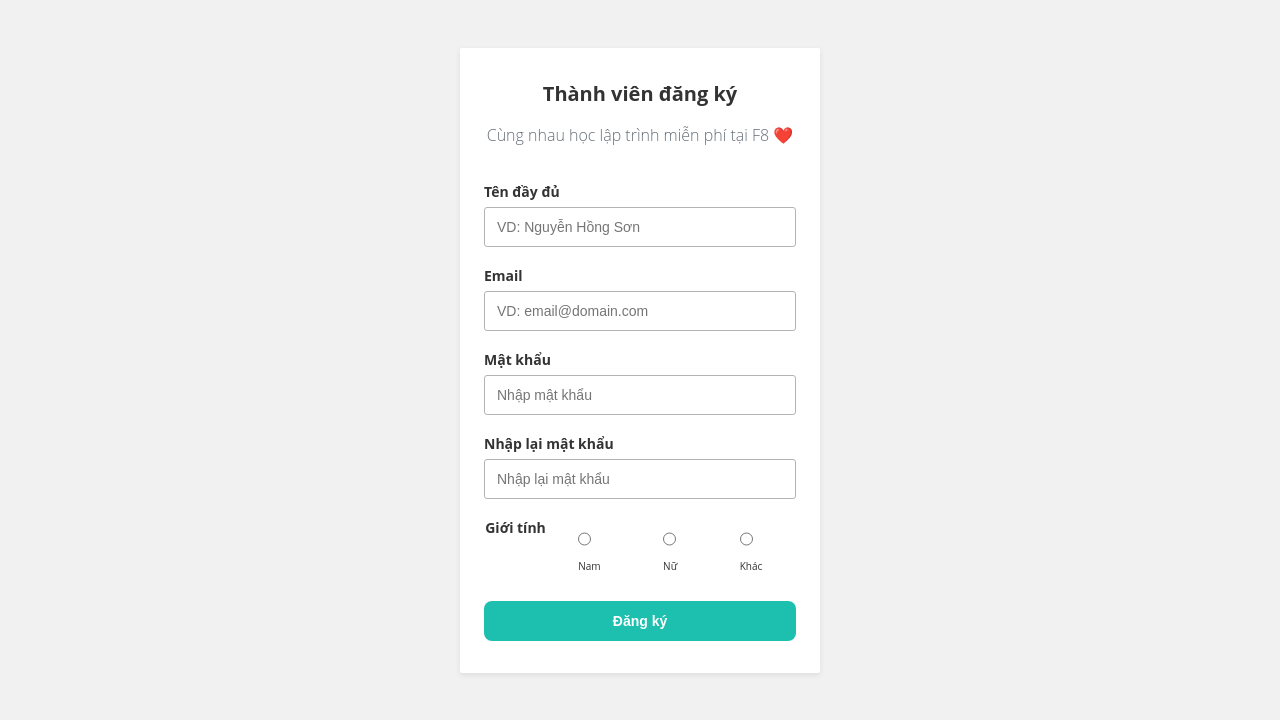
Repository: ahihison/Validation
Page: index.html
An editor plug-in stored every save of this project. The page is shown before and after a run of saves, followed by the edit.
The browser window is 1280 px wide. The pictures show the whole page.

Above is the page before, as saved 2022-08-31 09:38:17.

### index.html
<!DOCTYPE html>
<html lang="en">
<head>
    <meta charset="UTF-8">
    <meta http-equiv="X-UA-Compatible" content="IE=edge">
    <meta name="viewport" content="width=device-width, initial-scale=1.0">
    <link rel="stylesheet" href="./style.css">
    <title>Document</title>
</head>
<body>
    <div class="container">
        <form action="" method="POST" class="form" id="form-1" >
            <h3 class="heading">Thành viên đăng ký</h3>
            <p class="desc">Cùng nhau học lập trình miễn phí tại F8 ❤️</p>
            <div class="spacer"></div>

            <div class="form-group">
                <label for="fullname" class="form-label" >Tên đầy đủ</label>
                <input type="text" name="fullname" id="fullname" placeholder="VD: Nguyễn Hồng Sơn" class="form-control">
                <span class="form-message"></span>
            </div>
            <div class="form-group">
                <label for="email" class="form-label" >Email</label>
                <input type="text" name="email" id="email" placeholder="VD: email@domain.com" class="form-control">
                <span class="form-message"></span>
            </div>
            <div class="form-group">
                <label for="password" class="form-label" >Mật khẩu</label>
                <input type="password" name="password" id="password" placeholder="Nhập mật khẩu" class="form-control">
                <span class="form-message"></span>
            </div>
            <div class="form-group">
                <label for="password_confirmation" class="form-label" >Nhập lại mật khẩu</label>
                <input type="password" name="password_confirmation" id="password_confirmation" placeholder="Nhập lại mật khẩu" class="form-control">
                <span class="form-message"></span>
            </div>
            <div class="form-group genderformat">
                <label for="password_confirmation" class="form-label" >Giới tính</label>
                <div>
                    <input type="radio" name="gender" value="male" id="gender" class="form-control">
                    <span id="gender">Nam</span>
                </div>
                <div>
                    <input type="radio" name="gender" value="female" id="gender" class="form-control">
                    <span id="gender">Nữ</span>
                </div>
                <div>
                    <input type="radio" name="gender" value="orther" class="form-control" id="gender">
                    <span id="gender">Khác</span>

                </div>
                <span class="form-message"></span>
            </div>


            <button class="form-submit">Đăng ký</button>
        </form>

    </div>
    <script src="./validation.js"> </script>
    <script>
        Validator({
            form:'#form-1',
            formGroupSelector:'.form-group',
            errorSelector: '.form-message',
            rules: [
            Validator.isRequired('#fullname','Vui lòng nhập họ và tên đầy đủ của bạn'),
            Validator.isEmail('#email'),
            Validator.minLength('#password',6),
            Validator.isRequired('#password_confirmation'),
            Validator.isConfirmed('#password_confirmation',function() { return document.querySelector('#form-1 #password').value;

            },'Mật khẩu nhập lại không chính xác'),
            ],
            onSubmit: function(data){
                //Call API
                console.log(data);
            }
        });
    </script>




</body>
</html>

### style.css
*{
    margin: 0;
    padding: 0;
    box-sizing: border-box;

}
html{
    color: #333;
    font-size: 62.5%;
    font-family: "Open Sans", sans-serif;
}

.container{
min-height: 100vh;
display: flex;
justify-content: center;
background: #f1f1f1;

}
.form{
    width: 360px;
    padding: 32px 24px;
    min-height: 100px;
    text-align: center;
    background: #fff;
    border-radius: 2px;
    margin: 24px;
    align-self: center;
    box-shadow: 0 2px 5px 0 rgba(51, 62, 73, 0.1);


}


.form .heading{
    font-size: 2rem;

}
.form .desc {
    text-align: center;
    color: #636d77;
    font-size: 1.6rem;
    line-height: 2.4rem;
    margin-top: 16px;
    font-weight: 300;
  }

.form-group{
     display: flex;
  margin-bottom: 16px;
  flex-direction: column;

}
.form-group #gender {
  display:flex;
 margin: 0 30px;

  }
  .form-group.genderformat{
    display: flex;
    flex-direction: row;
    flex-wrap: wrap;
    align-content: space-between;
    justify-content: space-around;
  }
.form-control{
    height: 40px;
    padding: 8px 12px;
    border: 1px solid #b3b3b3;
    border-radius: 3px;
    outline: none;
    font-size: 1.4rem;
}
.form-control:hover {
    border-color: #1dbfaf;
  }
.form-label,
.form-message{
    text-align: left;

}
.form-label {
    font-weight: 700;
    padding-bottom: 6px;
    line-height: 1.8rem;
    font-size: 1.4rem;
  }

  .form-group.invalid .form-control {
    border-color: #f33a58;
  }
  .form-group.invalid .form-message {
    color: #f33a58;
  }

  .form-message {
    font-size: 1.2rem;
    line-height: 1.6rem;
    padding: 4px 0 0;
  }
  .form-submit {
    outline: none;
    background-color: #1dbfaf;
    margin-top: 12px;
    padding: 12px 16px;
    font-weight: 600;
    color: #fff;
    border: none;
    width: 100%;
    font-size: 14px;
    border-radius: 8px;
    cursor: pointer;
  }
  .form-submit:hover {
    background-color: #1ac7b6;
  }
  .spacer {
    margin-top: 36px;
  }

### validation.js
function Validator(options) {

    function geParent(elements,selector){
        while(elements.parentElement){
            if(elements.parentElement.matches(selector)){
                return elements.parentElement;
            }
              elements = elements.parentElement;
        }
    }

    var selectorRule = {};
    //hàm thực hiện validate
    function validate(inputElement, rule) {

        var errorElement = geParent(inputElement,options.formGroupSelector).querySelector(options.errorSelector);
        var errorMessage;

        //lấy ra các rule của các selector
        var rules = selectorRule[rule.selector];
        //lập qua từng rules và kiểm tra
        //Nếu có lỗi thì dừng việc kiểm tra
        for (var i = 0; i < rules.length; i++) {
            errorMessage = rules[i](inputElement.value);
            if (errorMessage) break;

        }

        if (errorMessage) {
            errorElement.innerText = errorMessage;
            geParent(inputElement,options.formGroupSelector).classList.add('invalid');
        } else {
            errorElement.innerText = '';
            geParent(inputElement,options.formGroupSelector).classList.remove('invalid');
        }
        return !!errorMessage;
    }
    // lấy được form elements
    var formElement = document.querySelector(options.form);

    if (formElement) {
        //Lắng nghe sự kiện onsubmit

        formElement.onsubmit = function (e) {

            e.preventDefault();

            var isFormValid = true;

            // Lặp qua từng rules và validate
            options.rules.forEach(function (rule) {
                var inputElement = formElement.querySelector(rule.selector);
                var isInValid = validate(inputElement, rule);
                if (isInValid) {
                    isFormValid = false;
                }
            });


            if (isFormValid) {
                //Trường hợp submit với js
                if (typeof options.onSubmit === 'function') {
                    var enableInputs = formElement.querySelectorAll('[name]');
                    var formValues = Array.from(enableInputs).reduce(function (values, input) {
                        values[input.name] = input.value;
                        return values;
                    }, {});
                    options.onSubmit(formValues)
                }
                //submit với hành vi mặc định
                else{
                    formElement.submit();
                }
            }

        }





        //Lặp qua mỗi rule xử lí sự kiện (blur click....)
        options.rules.forEach(function (rule) {
            //Lưu lại các  rules cho mỗi input
            if (Array.isArray(selectorRule[rule.selector])) {
                selectorRule[rule.selector].push(rule.test);
            }
            else {
                selectorRule[rule.selector] = [rule.test];
            }


            var inputElement = formElement.querySelector(rule.selector);

            if (inputElement) {
                //Xử lí trường hợp blur ra khỏi input
                inputElement.onblur = function () {

                    validate(inputElement, rule);

                }
                // Xử lí mỗi khi người dùng nhập vào input
                inputElement.oninput = function () {
                    var errorElement = geParent(inputElement,options.formGroupSelector).querySelector(options.errorSelector);
                    errorElement.innerText = '';
                    geParent(inputElement,options.formGroupSelector).classList.remove('invalid');
                }
            }

        }

        );



    }


}

//định nghĩa rules
//Nguyên tắc rules
//1. khi có lỗi : => trả về message
//2. Khi hợp lệ: => ko trả về gì hết (undefined)
Validator.isRequired = function (selector, message) {
    return {
        selector: selector,
        test: function (value) {
            return value.trim() ? undefined : message || "Vui lòng nhập trường này"

        }
    }
}

Validator.isEmail = function (selector, message) {

    return {
        selector: selector,
        test: function (value) {
            var regex = /^[A-Z0-9._%+-]+@[A-Z0-9.-]+\.[A-Z]{2,4}$/i;

            return regex.test(value) ? undefined : message || 'Trường này phải là email'
        }
    }

}
Validator.minLength = function (selector, min, message) {

    return {
        selector: selector,
        test: function (value) {
            return value.length >= min ? undefined : message || `Vui lòng nhập tối thiếu ${min} ký tự`
        }
    }

}

Validator.isConfirmed = function (selector, getconfirmValue, message) {
    return {
        selector: selector,
        test: function (value) {
            return value === getconfirmValue() ? undefined : message || "Giá trị nhập vào không chính xác"
        }

    }

}

After the next 3 saves:
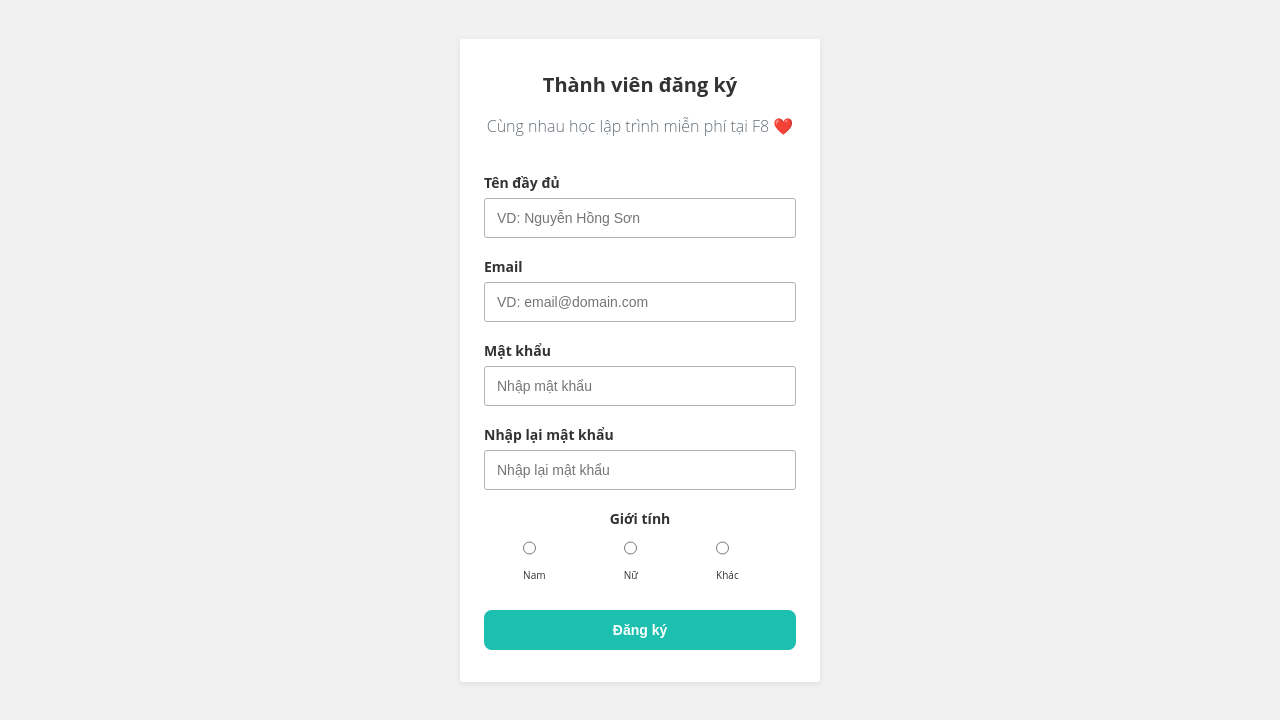
The 3 saves are shown as one change because they came seconds apart.
The last was saved 30 s later.
--- a/index.html
+++ b/index.html
@@ -34,8 +34,9 @@
                 <input type="password" name="password_confirmation" id="password_confirmation" placeholder="Nhập lại mật khẩu" class="form-control">
                 <span class="form-message"></span>
             </div>
+            <label for="password_confirmation" class="form-label" >Giới tính</label>
             <div class="form-group genderformat">
-                <label for="password_confirmation" class="form-label" >Giới tính</label>
+
                 <div>
                     <input type="radio" name="gender" value="male" id="gender" class="form-control">
                     <span id="gender">Nam</span>

After the 6 saves that followed:
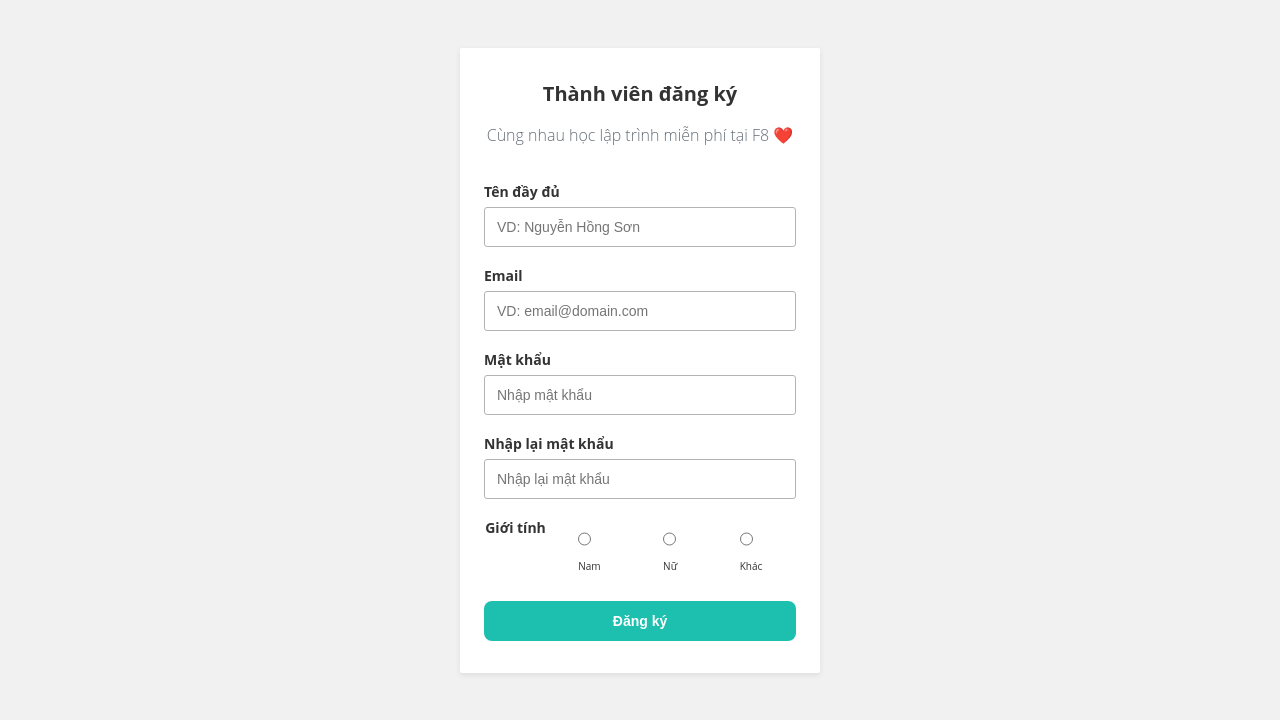
The 6 saves are shown as one change because they came seconds apart.
The last was saved 16 s later.
--- a/index.html
+++ b/index.html
@@ -34,9 +34,8 @@
                 <input type="password" name="password_confirmation" id="password_confirmation" placeholder="Nhập lại mật khẩu" class="form-control">
                 <span class="form-message"></span>
             </div>
-            <label for="password_confirmation" class="form-label" >Giới tính</label>
             <div class="form-group genderformat">
-
+                <label for="password_confirmation" class="form-label" >Giới tính</label>
                 <div>
                     <input type="radio" name="gender" value="male" id="gender" class="form-control">
                     <span id="gender">Nam</span>
